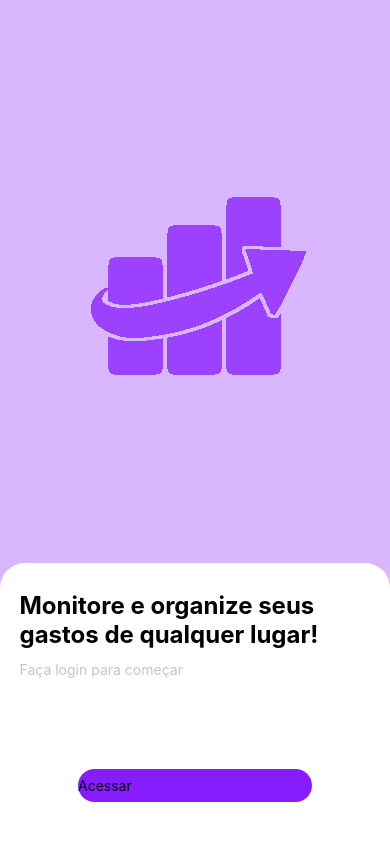
Repository: anacleto-caua/flavio_finance_clean
Page: /
These files come from the project's save history. The page is drawn as it stood at one moment and after the next save; the edit follows.
The browser window is 390 px wide. The pictures show the whole page.
The app was drawn by React Native's web renderer in a window 390 px wide. The project was rebuilt for these pictures with package versions that can differ from the ones it lists, and the page was loaded fresh each time.

Above is the page before, as saved 2024-03-12 19:25:34.

After the next save:
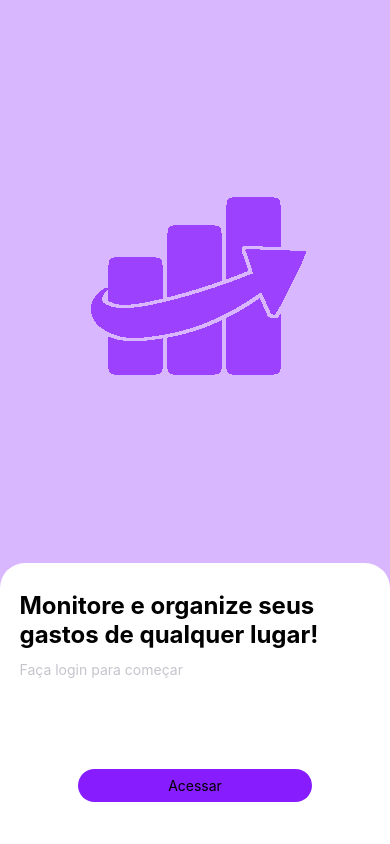
Saved 32 s later.
--- a/src/pages/Welcome/index.js
+++ b/src/pages/Welcome/index.js
@@ -77,6 +77,10 @@ const styles = StyleSheet.create({
     paddingVertical: 8,
     width: "60%",
     alignSelf: "center",
-    bottom: "15%"
-  }
+    bottom: "15%",
+    justifyContent: "center",
+    alignItems: "center",
+  },
+
+
 });
